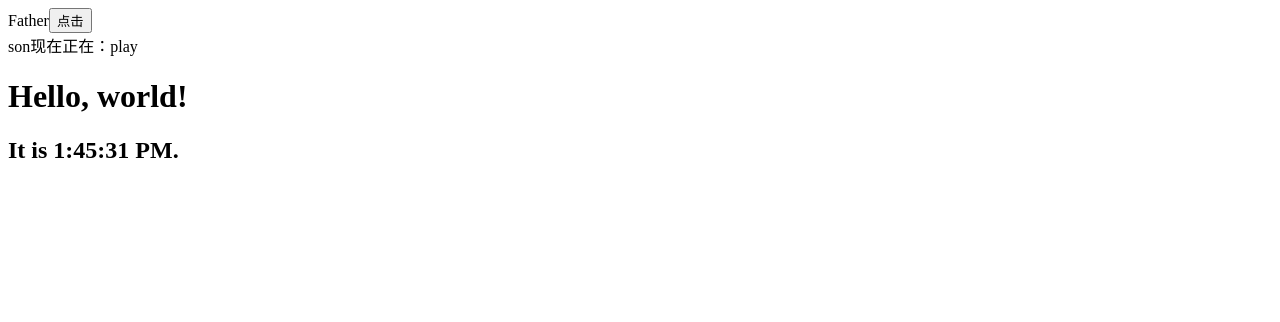
Repository: WanYouwen/react_study_code
Page: day01/01-基础/10-state-change.html
These files come from the project's save history. The page is drawn as it stood at one moment and after the next save; the edit follows.
The browser window is 1280 px wide. The pictures show the whole page.

Above is the page before, as saved 2020-08-11 16:43:34.

### day01/01-基础/10-state-change.html
<!DOCTYPE html>
<html lang="en">
  <head>
    <meta charset="UTF-8" />
    <meta name="viewport" content="width=device-width, initial-scale=1.0" />
    <meta http-equiv="X-UA-Compatible" content="ie=edge" />
    <title></title>
  </head>
  <body>
    <div id="app"></div>
  </body>
  <script src="../../base/react.min.js"></script>
  <script src="../../base/react-dom.min.js"></script>
  <script src="../../base//browser.min.js"></script>

  <script type="text/babel">
    /*
    总结：
      父子组件通信
        1. state定义在父组件中
        2. 父组件更改
        3. 父组件通过属性绑定 传递 数据给 子组件


        状态只和自己相关，由自己维护

        属性不要自己修改，可以从父组件获取，也可以子组件自己设置

        组件在运行时自己需要修改的数据其实就是状态而已

   */

    // var Father = React.createClass({
    //   getDefaultProps: function(){
    //     return {
    //       name: '张三'
    //     }
    //   },
    //   getInitialState: function(){
    //     return {
    //       doing: 'playing games'
    //     }
    //   },
    //   stateChange: function(){
    //     this.setState({
    //       doing: 'do homework'
    //     })
    //   },
    //   render: function(){
    //     return (
    //       <div>
    //         Father
    //         <button onClick = { this.stateChange } > 踢一脚 </button>
    //         老爸的名字是： { this.props.name }
    //         <hr/>
    //         <Son doing = { this.state.doing }></Son>
    //       </div>
    //     )
    //   }
    // })
    var Father = React.createClass({
      getDefaultProps() {
        return {
          name: 'zhangsan',
        };
      },
      getInitialState() {
        return {
          doing: 'play',
        };
      },
      stateChange() {
        this.setState({
          doing: 'do homework',
        });
      },
      render() {
        console.log(this, 'Father');
        return (
          <div>
            Father
            <button onClick={this.stateChange}>点击</button>
            <Son doing={this.state.doing}></Son>
            <Clock></Clock>
          </div>
        );
      },
    });

    var Son = React.createClass({
      render() {
        console.log(this, 'Son');
        return <div>son现在正在：{this.props.doing}</div>;
      },
    });

    // var Son = React.createClass({

    //   render: function(){
    //     return (
    //       <div>
    //         son现在正在： { this.props.doing }
    //       </div>
    //     )
    //   }
    // })
    // react 官网案例Clock
    class Clock extends React.Component {
      constructor(props) {
        super(props);
        this.state = { date: new Date() };
      }
      componentDidMount() {
        this.timerID = setInterval(() => this.tick(), 1000);
      }

      componentWillUnmount() {
        clearInterval(this.timerID);
      }
      tick() {
        this.setState({
          date: new Date(),
        });
      }

      render() {
        return (
          <div>
            <h1>Hello, world!</h1>
            <FormattedDate date={this.state.date} />
          </div>
        );
      }
    }

    function FormattedDate(props) {
      // console.log(props, 'props');
      return <h2>It is {props.date.toLocaleTimeString()}.</h2>;
    }
    ReactDOM.render(<Father />, app);
  </script>
</html>

Loaded but not shown: base/react.min.js (library); base/react-dom.min.js (library); base/browser.min.js (library)

After the next save:
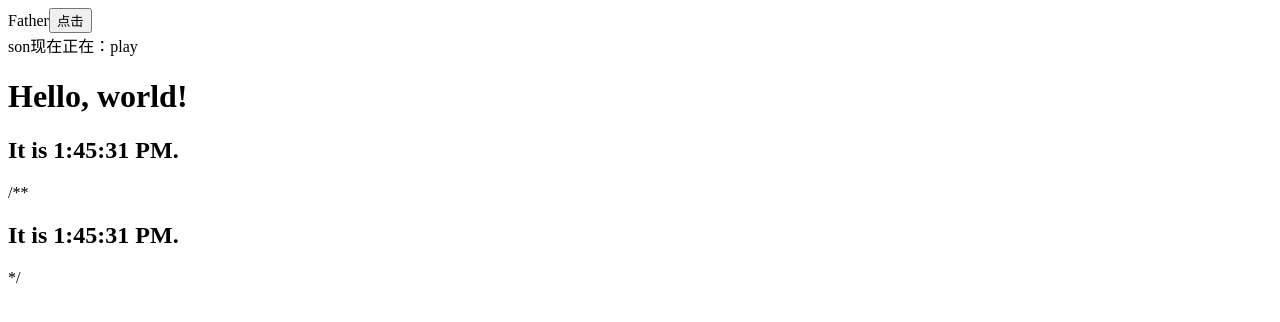
Saved 72 s later.
--- a/day01/01-基础/10-state-change.html
+++ b/day01/01-基础/10-state-change.html
@@ -128,6 +128,7 @@
           <div>
             <h1>Hello, world!</h1>
             <FormattedDate date={this.state.date} />
+            /** {<h2>It is {this.state.date.toLocaleTimeString()}.</h2>}*/
           </div>
         );
       }

After the save that followed:
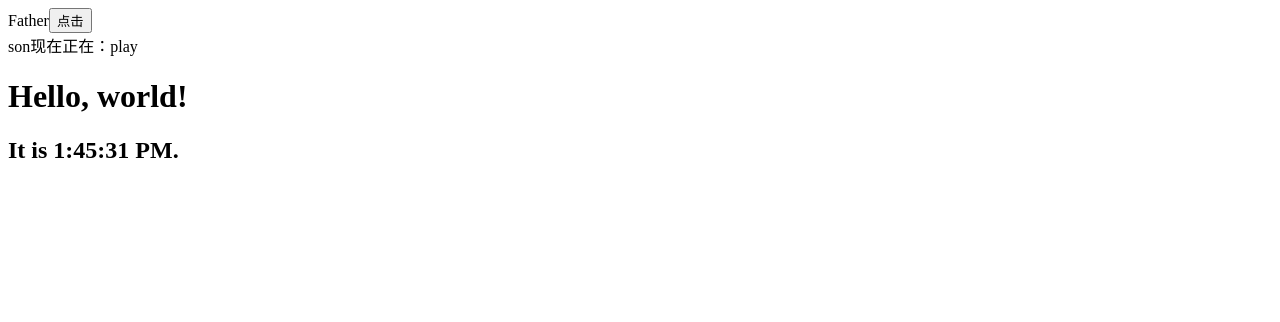
Saved 21 s later.
--- a/day01/01-基础/10-state-change.html
+++ b/day01/01-基础/10-state-change.html
@@ -128,7 +128,7 @@
           <div>
             <h1>Hello, world!</h1>
             <FormattedDate date={this.state.date} />
-            /** {<h2>It is {this.state.date.toLocaleTimeString()}.</h2>}*/
+            {/**<h2>It is {this.state.date.toLocaleTimeString()}.</h2>*/}
           </div>
         );
       }
